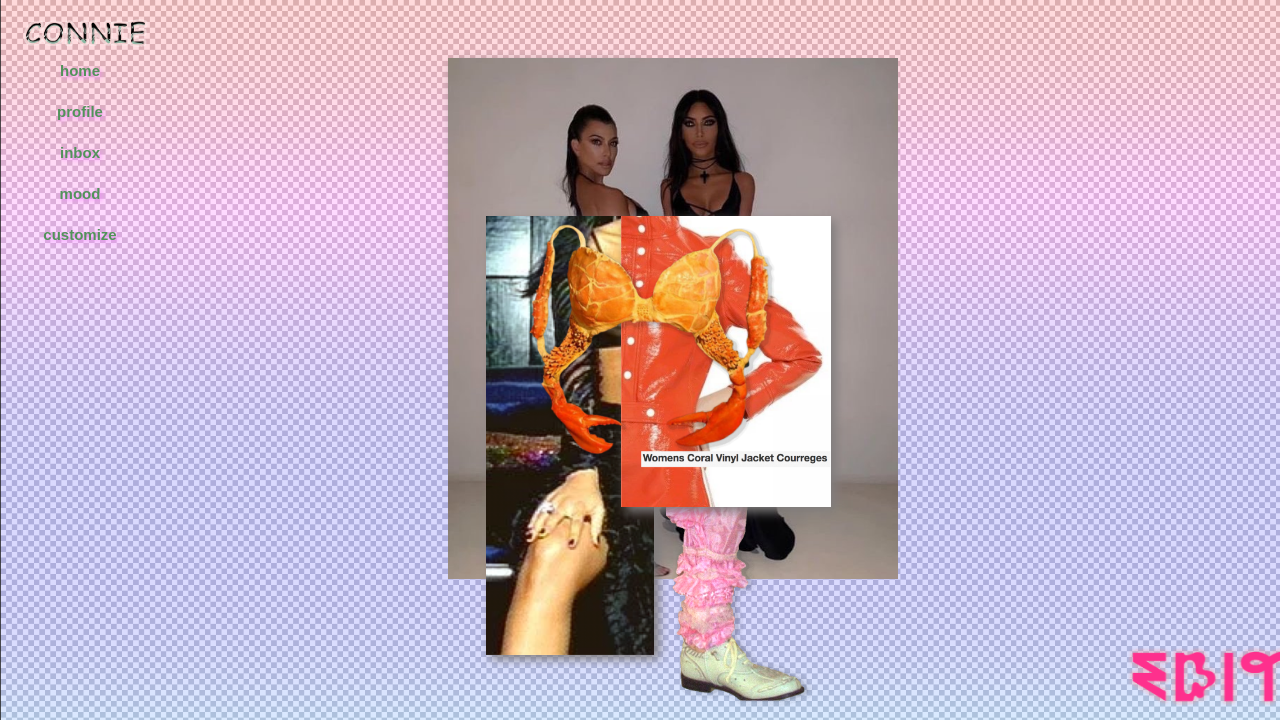
Repository: xuc009/xuc009.github.io
Page: track12/index.html
These files come from the project's save history. The page is drawn as it stood at one moment and after the next save; the edit follows.
The browser window is 1280 px wide. The pictures show the whole page.
Some web fonts or font styles are not loaded; a fallback is used. Some web libraries are served in a nearby version.

Above is the page before, as saved 2018-12-08 16:49:02.

### track12/index.html
<!DOCTYPE html>
<html lang="en">
  <head>
    <title>Track 12</title>
    <link rel="shortcut icon" href="" />
    <meta charset="utf-8">
    <meta name="description" content="" />
    <meta property="og:image" content=""/>
    <meta name="viewport" content="width=device-width, initial-scale=1" />
    <script src="https://ajax.googleapis.com/ajax/libs/jquery/3.3.1/jquery.min.js"></script>
    <script src="https://www.w3schools.com/lib/w3.js"></script>
    <link href="assets/css/styles.css" media="all" rel="stylesheet" />
    <meta charset="utf-8" />
    <title>jQuery UI Draggable - Default functionality</title>
    <link rel="stylesheet" href="http://code.jquery.com/ui/1.9.2/themes/base/jquery-ui.css" />
    <script src="http://code.jquery.com/jquery-1.8.3.js"></script>
    <script src="http://code.jquery.com/ui/1.9.2/jquery-ui.js"></script>
    <link href="https://fonts.googleapis.com/css?family=Michroma" rel="stylesheet">
    <style>
    .draggable { width: 0px; height: 0px; padding: 0; }
    </style>
    <script>
    $(function() {
        $( ".draggable" ).draggable();
    });
    </script>

  </head>

  <body>

      <div class="dropdown">
          <button class="dropbtn"><img src="assets/img/conniemenu.gif" width="140px"></button>
          <div class="dropdown-content">
            <a href="#">home</a>
            <a href="#">profile</a>
            <a href="#">inbox</a>
            <a href="#">mood</a>
            <a href="#">customize</a>
          </div>
        </div>

      <div class="edit">
        <a href="https://xuc009.github.io/track11/index.html">
        <img src="assets/img/edit.png" width="300px">
        </a>
      </div>

    <div id="draggable1" class="ui-widget-content draggable tooltip">
        <span class="tooltiptext">id.png</span>
       <img src="assets/img/k.jpg" width="450px">
      </div>

      <div id="draggable2" class="ui-widget-content draggable tooltip">
          <span class="tooltiptext">↗ Aaliyah by me 🔗📹🤗🦋✨ ⬈</span>
        <a href="https://xuc009.github.io/track2/index.html" target="_blank">
          <img src="assets/img/torsob1.png" width="168px">
        </a>
      </div>

      <div id="draggable3" class="ui-widget-content draggable tooltip">
          <span class="tooltiptext">https://goo.gl/MuuDqj</span>
          <a href="https://goo.gl/MuuDqj" target="_blank">
          <img src="assets/img/foot1.png" width="149px">
          </a>
        </div>

     <div id="draggable4" class="ui-widget-content draggable four tooltip">
        <span class="tooltiptext">https://ebay.us/9TBpsq</span>
        <a href="https://ebay.us/9TBpsq" target="_blank">
            <img src="assets/img/torsoa1.png" width="210px">
        </a>
          </div>

      <div id="draggable5" class="ui-widget-content draggable five tooltip">
          <span class="tooltiptext">https://www.instagram.com/p/BoPapCyAAdp/</span>
          <a href="https://www.instagram.com/p/BoPapCyAAdp/" target="_blank">
          <img src="assets/img/bra1.png" width="250px">
          </a>
        </div>









      </div>
    </div>

  </body>
</html>

### track12/assets/css/styles.css
* { box-sizing: border-box; }

body{
	background-color: #ffffff;
	background-image: url('../img/background.png');
	background-size: 1500px;
	margin: 0 auto 0 auto;
	display: inline-block;
    font-size: 0px;
}

.tooltip {
    position: relative;
    display: inline-block;
    border-bottom: 1px dotted black;
}

.tooltip .tooltiptext {
    visibility: hidden;
    /* width: 120px; */
    background-color: #FF308D;
    color: #00E6FF;
    text-align: center;
    padding: 5px 10px;
    font-size:15px;
    font-family: Arial, Helvetica, sans-serif;
    font-weight: 400;

    /* Position the tooltip */
    position: fixed;
    z-index: 1;
    bottom: 0px;
    left:0 ;
}

.tooltip:hover .tooltiptext {
    visibility: visible;
}

a { cursor: move; }

.draggable{
    box-shadow: 5px 5px 10px #000000;
}

#draggable1{
    width: 190px;
    height: 187px;
    background: #fff;
    border: none;
    box-shadow: 5px 5px 10px #807d7d;
    cursor: move;
    position: absolute;
    top: 8%;
    left: 35%;
}


#draggable2 {
    width: 168px;
    height: 438.38px;
    border: none;
    box-shadow: 5px 5px 10px #807d7d;
    position: absolute;
    top: 30%;
    left: 38%;
    cursor: move;
}


#draggable3 {
    width: 365px;
    border: none;
    position: absolute;
    top: 65%;
    left: 52%;
    cursor: move;
}



#draggable4{
    position: absolute;
    width: 210px;
    height: 291px;
    top: 30%;
    left: 48.5%;
    cursor: move;
    border: none;
    box-shadow: 5px 5px 10px #807d7d;

}

#draggable5{
    position: absolute;
    top: 31%;
    left: 41%;
    cursor: move;
    border: none;
}

.edit{
    position: fixed;
    bottom:0;
    left: 83%;
    cursor: pointer;
    transition: all 300ms;
}

.edit:hover{
    transform: translateX(3px) translateY(-3px);
    /* transform: scale(1.05); */
}

.dropbtn {
    background-color: Transparent;
    width: 140px;
    height: 26px;
    padding: 16px;
    font-size: 16px;
    border: none;
    outline: none;
}

.dropdown {
    position: relative;
    width: 140px;
    display: inline-block;
}

.dropdown-content {
    display: none;
    position: absolute;
    background-color: transparent;
    min-width: 160px;
    text-shadow: 2px 2px 5px #F48BFF;
    z-index: 1;
    font-size: 15px;
    text-align: center;
    font-family: Arial, Helvetica, sans-serif;
    font-weight: 600;
}

.dropdown-content a {
    color: #52935A;
    padding: 12px 16px;
    text-decoration: none;
    display: block;
}

.dropdown-content a:hover {text-shadow: 2px 2px 5px #54FAFF;}

.dropdown:hover .dropdown-content {display: block;}

.dropdown:hover .dropbtn {background-color: none;}

After the next save:
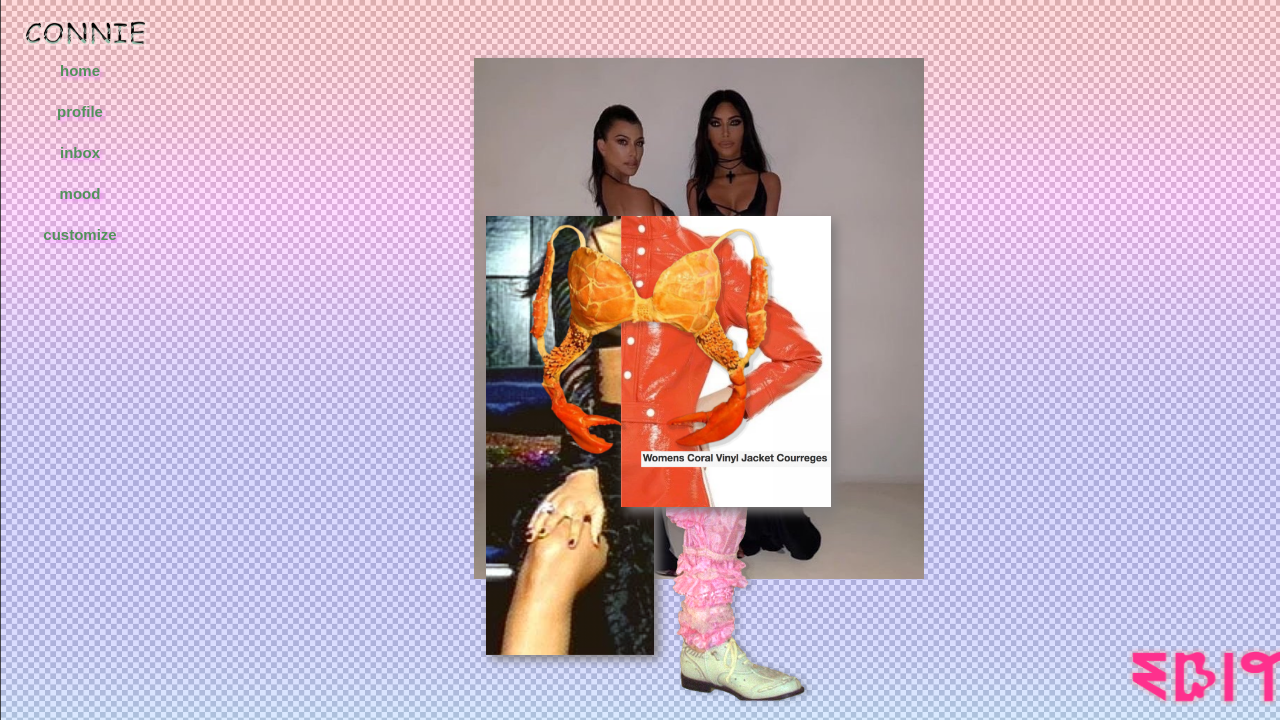
Saved 4 s later.
--- a/track12/assets/css/styles.css
+++ b/track12/assets/css/styles.css
@@ -52,7 +52,7 @@
     cursor: move;
     position: absolute;
     top: 8%;
-    left: 35%;
+    left: 37%;
 }
 
 
